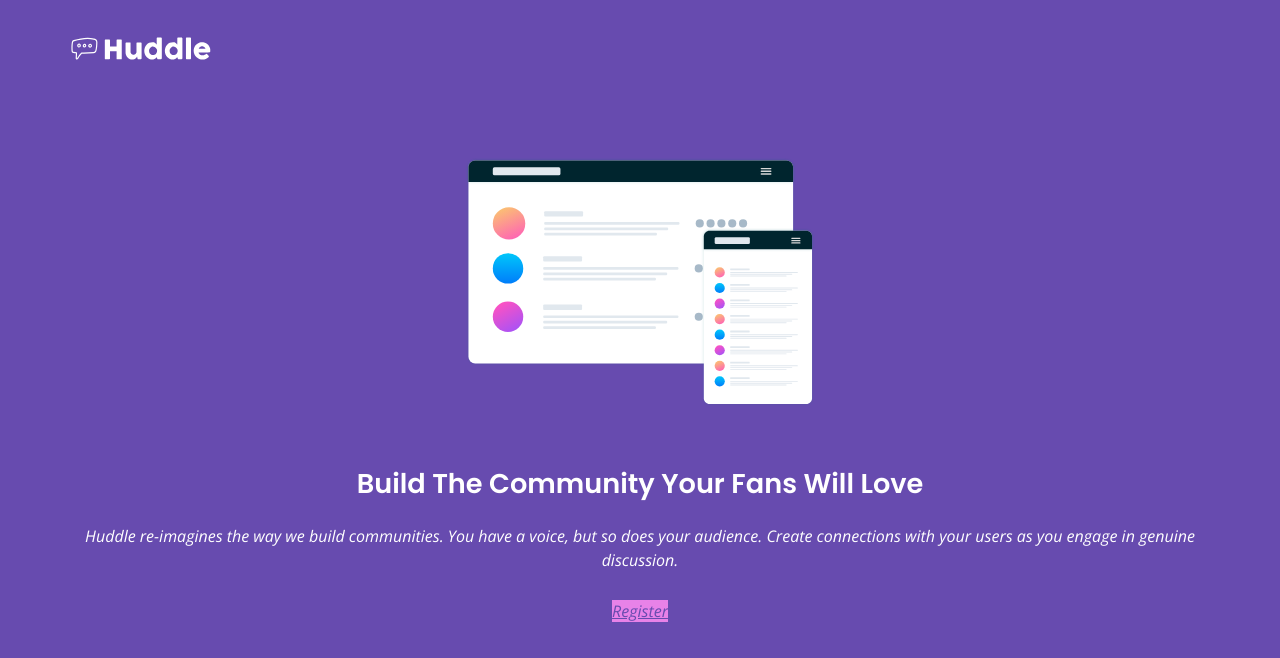
Repository: ivanvqz/huddle-landing-page
Page: index.html
The author's editor kept a copy of each file at every save. The page is drawn from the files as they stood at one save, then again after a run of saves.
The browser window is 1280 px wide. The pictures show the part of the page from y = 0 to 658 px (the page is 1043 px tall).
A picture or video elsewhere on the page could not be fetched, so the positions and the page height are approximate.

Above is the page before, as saved 2022-10-19 22:46:06.

### index.html
<!DOCTYPE html>
<html lang="en">
  <head>
    <meta charset="UTF-8">
    <meta name="viewport" content="width=device-width, initial-scale=1.0">

    <link rel="icon" type="image/png" sizes="32x32" href="./images/favicon-32x32.png">

    <title>Proyect 1</title>

    <link rel="preconnect" href="https://fonts.googleapis.com">
    <link rel="preconnect" href="https://fonts.gstatic.com" crossorigin>
    <link href="https://fonts.googleapis.com/css2?family=Open+Sans:ital@1&family=Poppins:ital,wght@0,600;1,400&display=swap" rel="stylesheet">

    <link rel="stylesheet" href="./css/style.css">
  </head>
<body>

  <header class="hero">
    <!-- menu de navegacion -->
    <nav class="nav container">
      <img src="./images/logo.svg" class="nav__logo" alt="Logo">
    </nav>

    <section class="hero__container container">
      <figure class="hero__picture">
        <img src="./images/illustration-mockups.svg" class="hero__img" alt="mockups">
      </figure>

      <div class="hero__texts">
        <h1 class="hero__title">Build The Community Your Fans Will Love</h1>
        <p class="hero__paragraph">Huddle re-imagines the way we build communities. You have a voice, but so does your audience.
        Create connections with your users as you engage in genuine discussion.</p>
        <a href="#" class="hero__cta">Register</a>
      </div>

      <div class="hero__contact">
        <a href="#" class="hero__link">
          <img src="./images/fb.svg" class="hero__icon" alt="icon">
        </a>
        <a href="#" class="hero__link">
          <img src="./images/twitter.svg" class="hero__icon" alt="icon">
        </a>
        <a href="#" class="hero__link">
          <img src="./images/instagram.svg" class="hero__icon" alt="icon">
        </a>
      </div>
    </section>
  </header>


  <!-- <footer>
    <p class="attribution">
      Challenge by <a href="https://www.frontendmentor.io?ref=challenge" target="_blank">Frontend Mentor</a>.
      Coded by <a href="#">Your Name Here</a>.
    </p>
  </footer> -->
</body>
</html>

### css/style.css
:root {
    --violet: hsl(257, 40%, 49%);
    --soft-magenta: hsl(300, 69%, 71%);

    --font1: 'Open Sans', sans-serif;
    --font2: 'Poppins', sans-serif;

    --padding-container: 60px 0;
}
* {
    margin: 0;
    box-sizing: border-box;
}
body {
    font-family: var(--font1);
}

.hero {
    background-color: var(--violet);
}

/* todos los elementos tengan un width de 90% y un margin 0 auto */

.container {
    width: 90%;
    margin: 0 auto;
    /* para los elementos que se salgan se oculten */
    overflow: hidden;
    max-width: 1200px;
    padding: var(--padding-container);
}

.nav {
    --padding-container: 30px 0;
}
.nav__logo {
    width: 150px;
    display: block;
}

.hero__container {
    display: flex;
    align-items: center;
    flex-direction: column;
}

.hero__img {
    max-width: 350px;
    width: 100%;
    /* para quitar el margen que tiene la imagen */
    display: block;
    margin: 0 auto;
}

.hero__texts {
    margin: 3.5em 0;
    color: white;
    text-align: center;
}

.hero__title {
    font-size: 1.7rem;
    font-family: var(--font2);
}

.hero__paragraph {
    line-height: 1.5;
    margin: 1.2em 0 1.73em;
}

.hero__cta{
    display: inline;
    color: var(--violet);
    background-color: var(--soft-magenta);
}

### images/fb.svg
<svg xmlns="http://www.w3.org/2000/svg" width="24" height="24" viewBox="0 0 24 24" style="fill: #fff ;transform: ;msFilter:;"><path d="M13.397 20.997v-8.196h2.765l.411-3.209h-3.176V7.548c0-.926.258-1.56 1.587-1.56h1.684V3.127A22.336 22.336 0 0 0 14.201 3c-2.444 0-4.122 1.492-4.122 4.231v2.355H7.332v3.209h2.753v8.202h3.312z"></path></svg>

### images/twitter.svg
<svg xmlns="http://www.w3.org/2000/svg" width="24" height="24" viewBox="0 0 24 24" style="fill: #fff ;transform: ;msFilter:;"><path d="M19.633 7.997c.013.175.013.349.013.523 0 5.325-4.053 11.461-11.46 11.461-2.282 0-4.402-.661-6.186-1.809.324.037.636.05.973.05a8.07 8.07 0 0 0 5.001-1.721 4.036 4.036 0 0 1-3.767-2.793c.249.037.499.062.761.062.361 0 .724-.05 1.061-.137a4.027 4.027 0 0 1-3.23-3.953v-.05c.537.299 1.16.486 1.82.511a4.022 4.022 0 0 1-1.796-3.354c0-.748.199-1.434.548-2.032a11.457 11.457 0 0 0 8.306 4.215c-.062-.3-.1-.611-.1-.923a4.026 4.026 0 0 1 4.028-4.028c1.16 0 2.207.486 2.943 1.272a7.957 7.957 0 0 0 2.556-.973 4.02 4.02 0 0 1-1.771 2.22 8.073 8.073 0 0 0 2.319-.624 8.645 8.645 0 0 1-2.019 2.083z"></path></svg>

After the next 4 saves:
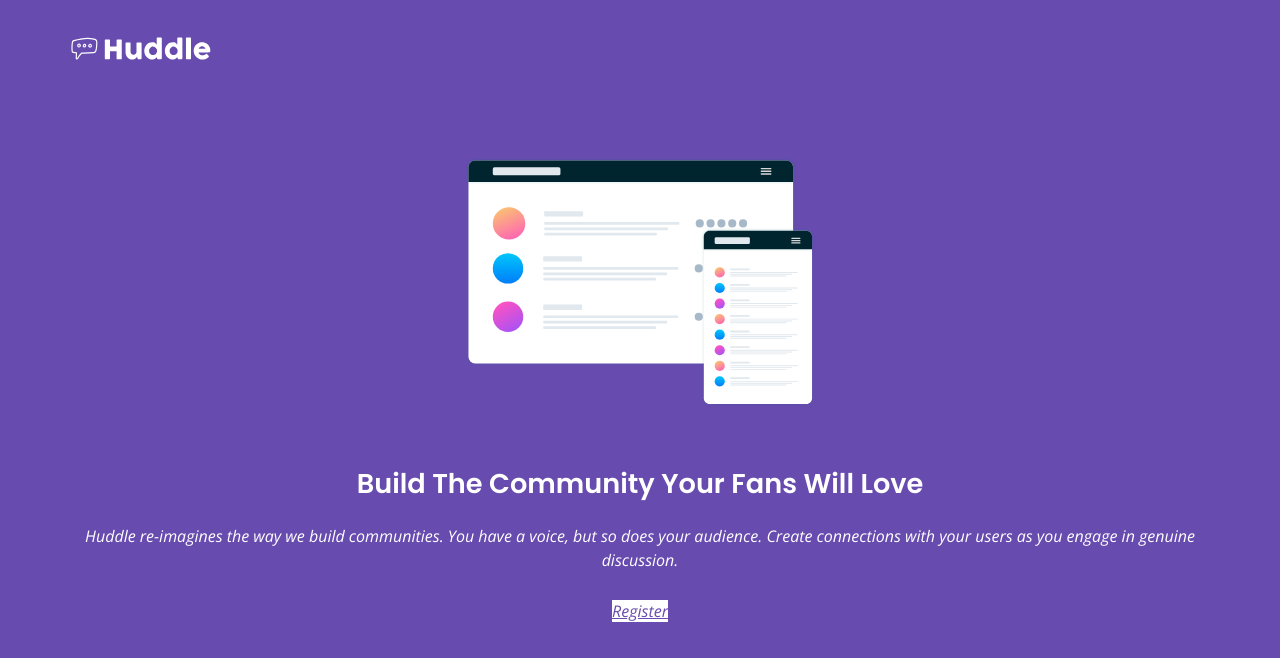
The 4 saves are shown as one change because they came seconds apart.
The last was saved 10 s later.
--- a/css/style.css
+++ b/css/style.css
@@ -71,5 +71,5 @@
 .hero__cta{
     display: inline;
     color: var(--violet);
-    background-color: var(--soft-magenta);
+    background-color: #fff;
 }
